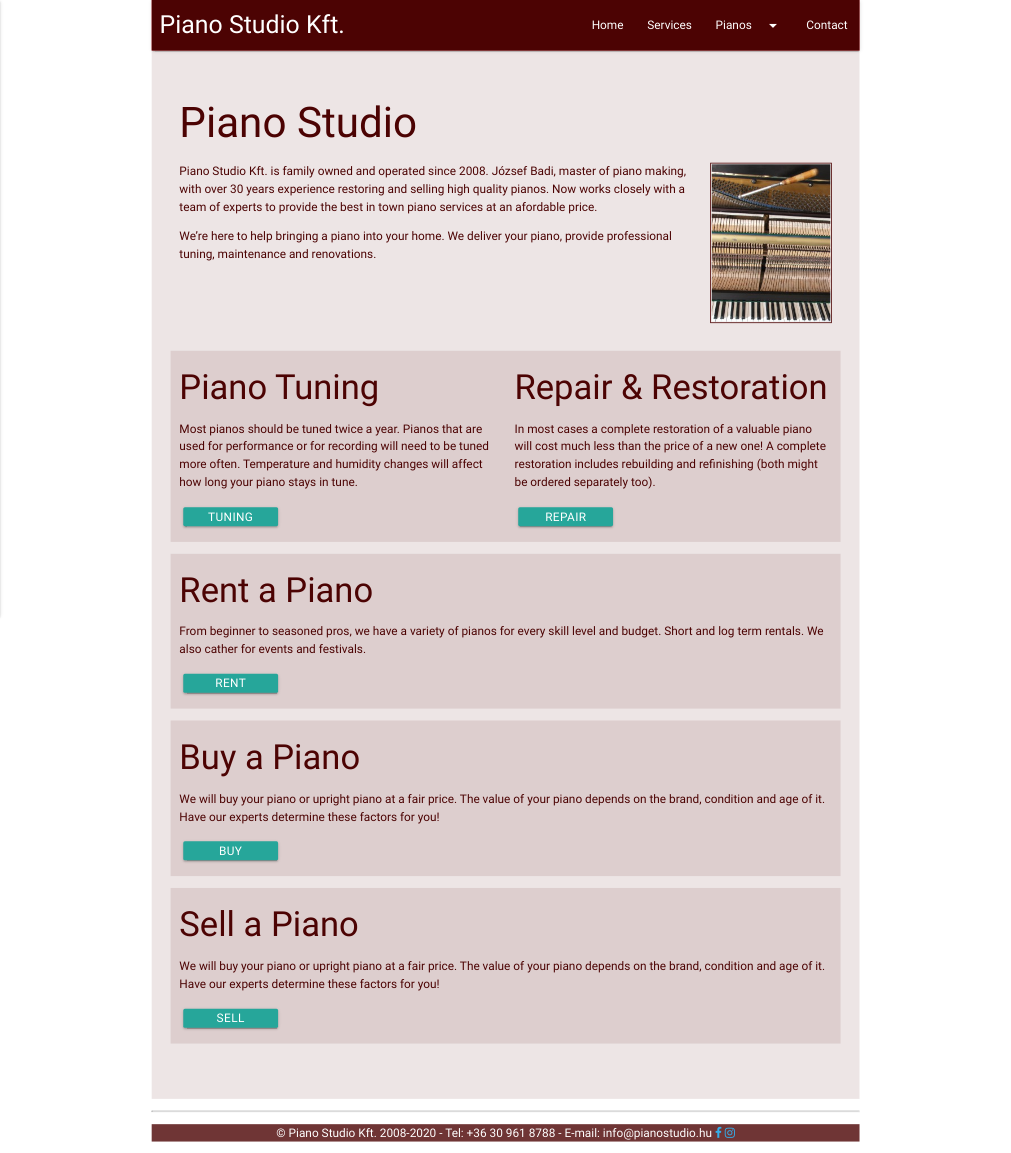
Repository: badiattila/pianostudioheroku
Page: http://localhost/
The author's editor kept a record of every edit. The page is drawn from the files as they stood at one moment, then again after the next edit.
The browser window is 1280 px wide. The pictures show the whole page, at 79% of full size.
Some web libraries are served in a nearby version. The page is served by the project's application, run on Flask 3 (app.py).

Above is the page before.

After the next edit:
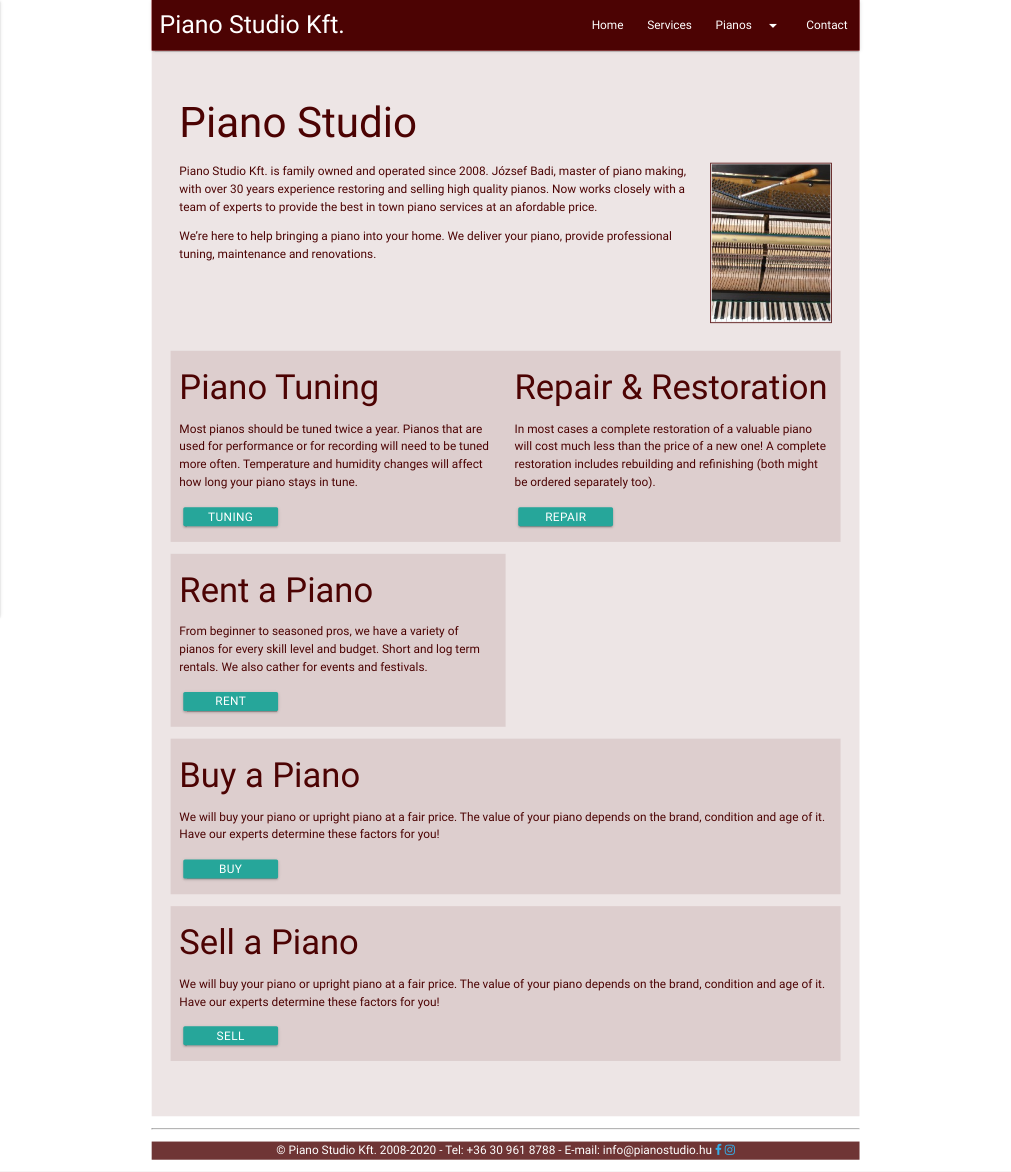
The edit:
--- a/templates/index.html
+++ b/templates/index.html
@@ -21,7 +21,7 @@
             <p>In most cases a complete restoration of a valuable piano will cost much less than the price of a new one! A complete restoration includes rebuilding and refinishing (both might be ordered separately too).</p>
             <p><a class="waves-effect waves-light btn btn_mid" href="{{url_for('services')}}" role="button">Repair</a></p>
         </div>
-        <div class="col s12 op">
+        <div class="col s6 op">
             <h3>Rent a Piano</h3>
             <p>From beginner to seasoned pros, we have a variety of pianos for every skill level and budget. Short and log term rentals. We also cather for events and festivals. </p>
             <p><a class="waves-effect waves-light btn btn_mid" href="{{url_for('services')}}" role="button">Rent</a></p>
